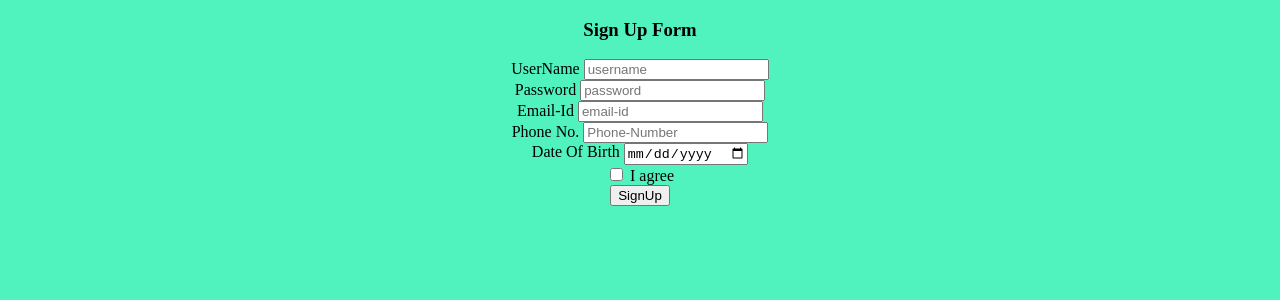
Repository: nir-github01/Html
Page: assign1-signup.html
An editor plug-in stored every save of this project. The page is shown before and after the next save, followed by the edit.
The browser window is 1280 px wide. The pictures show the whole page.

Above is the page before, as saved 2022-09-28 20:17:53.

After the next save:
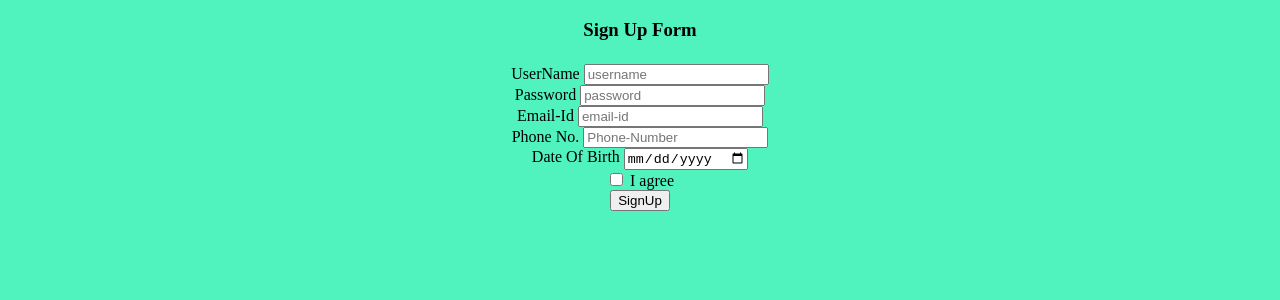
Saved 53 s later.
--- a/assign1-signup.html
+++ b/assign1-signup.html
@@ -9,6 +9,10 @@
         body{
             background-color: rgb(80, 243, 189);
             text-align: center;
+        }
+        .signup-div{
+            padding: 5px;
+            margin: 3px;
         }
     </style>
 </head>
